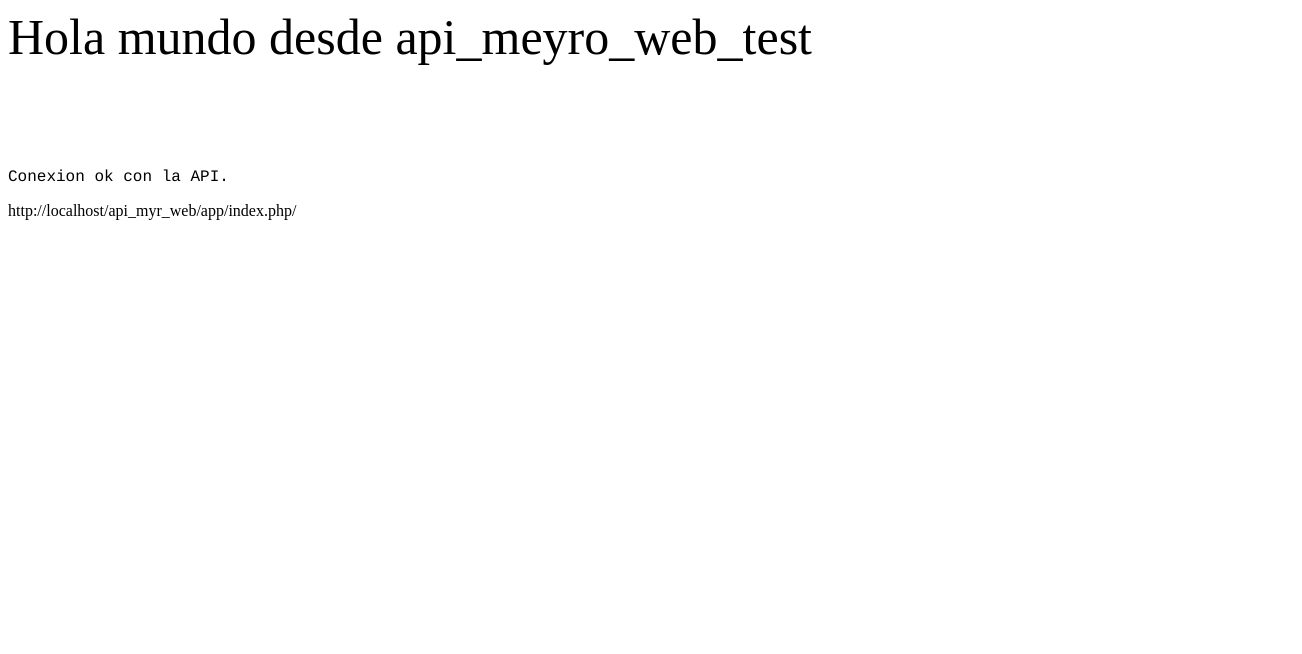
Repository: danieldebrito/api_myr_web
Page: http://localhost/app/index.php
The author's editor kept a copy of each file at every save. The page is drawn from the files as they stood at one save, then again after the next save.
The browser window is 1280 px wide. The page is 1280 px wide, then 1302 px, then 1280 px, so the pictures cover 1302 px, including what lies to the right of the window. The pictures show the whole page.
The page is run by PHP 8.4 with error messages shown; the project is at /var/www/html/.

Above is the page before, as saved 2020-03-30 17:00:04.

### app/index.php
<?php
use \Psr\Http\Message\ServerRequestInterface as Request;
use \Psr\Http\Message\ResponseInterface as Response;

require '../composer/vendor/autoload.php';
require './AccesoDatos.php';

///////////////////   MIDDLEWARE  ///////////
require_once './middleware/MWparaCORS.php';

/////////////////////////////   entities  /////////////////////////////////
//-----------------------------------------------------------------------//
require './entities/_articulos/articulo/articuloApi.php';
require './entities/_articulos/aplicacion/aplicacionApi.php';
require './entities/_articulos/art_mar_mod_mot/art_mar_mod_motApi.php';
require './entities/_articulos/producto/productoApi.php';
require './entities/_articulos/marca/marcaApi.php';
require './entities/_articulos/linea/lineaApi.php';
require './entities/_articulos/combustible/combustibleApi.php';
require './entities/_articulos/cards/cardsApi.php';

//------------------------------------------------------------------------//
require './entities/_clientes/cliente/clienteApi.php';
require './entities/_clientes/cliente_sucursal/cliente_sucursalApi.php';
require './entities/_clientes/expreso/expresoApi.php';
require './entities/_clientes/pedido/pedidoApi.php';
require './entities/_clientes/pedido_item/pedido_itemApi.php';
//-----------------------------------------------------------------------//
require './entities/usuario/userApi.php';
//-----------------------------------------------------------------------//


$config['displayErrorDetails'] = true;
$config['addContentLengthHeader'] = false;

$app = new \Slim\App(["settings" => $config]);

$app->get("/", function() {
  echo "
  <p style='font-size:50px;'>Hola mundo desde api_meyro_web_test</p>
  <br> <br>
  <p style='font-family:courier;'>Conexion ok con la API.</p>

  http://localhost/api_myr_web/app/index.php/
  ";
});

$app->group('/aplicaciones', function () {
  $this->get('/', \aplicacionApi::class . ':readAllApi');
  $this->get('/{id_aplicacion}', \aplicacionApi::class . ':readApi');
  $this->post('/', \aplicacionApi::class . ':createApi');
  $this->delete('/{id_aplicacion}[/]', \aplicacionApi::class . ':deleteApi');
  $this->post('/update', \aplicacionApi::class . ':updateApi');
});

$app->group('/articulos', function () {
  $this->get('/', \articuloApi::class . ':readAllApi');
  $this->get('/{id_articulo}', \articuloApi::class . ':readApi');
  $this->post('/', \articuloApi::class . ':createApi');
  $this->delete('/{id_articulo}[/]', \articuloApi::class . ':deleteApi');
  $this->post('/update', \articuloApi::class . ':updateApi');
});

$app->group('/art_mar_mod_mot', function () {
  $this->get('/', \art_mar_mod_motApi::class . ':readAllApi');
  $this->post('/filtrar[/]', \art_mar_mod_motApi::class . ':readParamsApi');
})->add(\MWparaCORS::class . ':HabilitarCORSTodos');

$app->group('/cards', function () {
  $this->get('/', \cardsApi::class . ':readAllApi');
  $this->post('/filtrar[/]', \cardsApi::class . ':readParamsApi');
})->add(\MWparaCORS::class . ':HabilitarCORSTodos');

$app->group('/user', function () {
  $this->get('/', \userApi::class . ':readAllApi');
  $this->get('/{id_user}', \userApi::class . ':readApi');
  $this->post('/', \userApi::class . ':createApi');
  $this->delete('/{id_user}[/]', \userApi::class . ':deleteApi');
  $this->post('/update', \userApi::class . ':updateApi');

  $this->post('/login[/]', \userApi::class . ':LoginUser');

  /* body + raw  +
    {
      "userName":"ddebrito",
      "pass":"1388"
    } */
});

$app->group('/clientes', function () {
  $this->get('/', \clienteApi::class . ':readAllApi');
  $this->get('/{id}', \clienteApi::class . ':readApi');
  $this->post('/', \clienteApi::class . ':createApi');
  $this->delete('/{id}[/]', \clienteApi::class . ':deleteApi');
  $this->post('/update', \clienteApi::class . ':updateApi');

  $this->post('/login[/]', \clienteApi::class . ':LoginCliente');

});

$app->group('/cliente_sucursales', function () {
  $this->get('/', \cliente_sucursalApi::class . ':readAllApi');
  $this->get('/{id}', \cliente_sucursalApi::class . ':readApi');
  $this->post('/', \cliente_sucursalApi::class . ':createApi');
  $this->delete('/{id}[/]', \cliente_sucursalApi::class . ':deleteApi');
  $this->post('/update', \cliente_sucursalApi::class . ':updateApi');

  $this->get('/sucursales/{id}', \cliente_sucursalApi::class . ':readAllClienteApi');
  $this->get('/byName/{name}', \cliente_sucursalApi::class . ':readByNameApi');

});

$app->group('/expresos', function () {
  $this->get('/', \expresoApi::class . ':readAllApi');
  $this->get('/{id}', \expresoApi::class . ':readApi');
  $this->post('/', \expresoApi::class . ':createApi');
  $this->delete('/{id}[/]', \expresoApi::class . ':deleteApi');
  $this->post('/update', \expresoApi::class . ':updateApi');

  $this->get('/byName/{name}', \expresoApi::class . ':readByNameApi');
  $this->get('/byCliente/{idCliente}', \expresoApi::class . ':readByClienteApi');

});

$app->group('/pedidos', function () {
  $this->get('/', \pedidoApi::class . ':readAllApi');
  $this->get('/{id}', \pedidoApi::class . ':readApi');
  $this->post('/', \pedidoApi::class . ':createApi');
  $this->delete('/{id}[/]', \pedidoApi::class . ':deleteApi');
  $this->post('/update', \pedidoApi::class . ':updateApi');
  $this->get('/cliente/{id}[/]', \pedidoApi::class . ':readAllClienteApi');
/*
  $this->get('/abierto/{id}[/]', \pedidoApi::class . ':traePedidoAbiertoApi');
  */
});

$app->group('/pedidos_item', function () {
  $this->get('/', \pedido_itemApi::class . ':readAllApi');
  $this->get('/{id}', \pedido_itemApi::class . ':readApi');
  $this->post('/', \pedido_itemApi::class . ':createApi');
  $this->delete('/{id}[/]', \pedido_itemApi::class . ':deleteApi');
  $this->post('/update', \pedido_itemApi::class . ':updateApi');

  $this->get('/cliente/{id}[/]', \pedido_itemApi::class . ':readAllClienteApi');
  $this->get('/clienteAbierto/{id}[/]', \pedido_itemApi::class . ':readAllClienteAbiertoApi');
  $this->post('/updateItems[/]', \pedido_itemApi::class . ':updateItemsApi');
  $this->post('/subtotal', \pedido_itemApi::class . ':subtotalApi');

});

$app->group('/productos', function () {
  $this->get('/', \productoApi::class . ':readAllApi');
  $this->get('/{id}', \productoApi::class . ':readApi');
  $this->post('/', \productoApi::class . ':createApi');
  $this->delete('/{id}[/]', \productoApi::class . ':deleteApi');
  $this->post('/update', \productoApi::class . ':updateApi');
});

$app->group('/marcas', function () {
  $this->get('/', \marcaApi::class . ':readAllApi');
  $this->get('/{id}', \marcaApi::class . ':readApi');
  $this->post('/', \marcaApi::class . ':createApi');
  $this->delete('/{id}[/]', \marcaApi::class . ':deleteApi');
  $this->post('/update', \marcaApi::class . ':updateApi');
});

$app->group('/lineas', function () {
  $this->get('/', \lineaApi::class . ':readAllApi');
  $this->get('/{id}', \lineaApi::class . ':readApi');
  $this->post('/', \lineaApi::class . ':createApi');
  $this->delete('/{id}[/]', \lineaApi::class . ':deleteApi');
  $this->post('/update', \lineaApi::class . ':updateApi');
});

$app->group('/combustibles', function () {
  $this->get('/', \combustibleApi::class . ':readAllApi');
  $this->get('/{id}', \combustibleApi::class . ':readApi');
  $this->post('/', \combustibleApi::class . ':createApi');
  $this->delete('/{id}[/]', \combustibleApi::class . ':deleteApi');
  $this->post('/update', \combustibleApi::class . ':updateApi');
});

$app->add(function ($req, $res, $next) {
  $response = $next($req, $res);
  return $response
  ->withHeader('Access-Control-Allow-Origin', 'http://localhost:4200')
  ->withHeader('Access-Control-Allow-Headers', 'X-Requested-With, Content-Type, Accept, Origin, Authorization')
    ->withHeader('Access-Control-Allow-Methods', 'GET, POST, PUT, DELETE, PATCH, OPTIONS');
});

$app->run();

/*

$app->add(function ($req, $res, $next) {
  $response = $next($req, $res);
  return $response
    ->withHeader('Access-Control-Allow-Origin', 'http://danieldebrito.com.ar')
    ->withHeader('Access-Control-Allow-Headers', 'X-Requested-With, Content-Type, Accept, Origin, Authorization')
    ->withHeader('Access-Control-Allow-Methods', 'GET, POST, PUT, DELETE, PATCH, OPTIONS');
});

*/

/*

$app->add(function ($req, $res, $next) {
  $response = $next($req, $res);
  return $response
  ->withHeader('Access-Control-Allow-Origin', 'http://localhost:4200')
  ->withHeader('Access-Control-Allow-Headers', 'X-Requested-With, Content-Type, Accept, Origin, Authorization')
    ->withHeader('Access-Control-Allow-Methods', 'GET, POST, PUT, DELETE, PATCH, OPTIONS');
});

*/

### app/AccesoDatos.php
<?php
class AccesoDatos
{
    private static $ObjetoAccesoDatos;
    private $objetoPDO;

    private function __construct()
    {
        try {
            // allytech
            // $this->objetoPDO = new PDO('mysql:host=localhost;dbname=meyro_sgc;charset=utf8', 'uv025572', '9BHMPHNirj', array(PDO::ATTR_EMULATE_PREPARES => false,PDO::ATTR_ERRMODE => PDO::ERRMODE_EXCEPTION));
            // $this->objetoPDO->exec("SET CHARACTER SET utf8");

            // local host
            $this->objetoPDO = new PDO('mysql:host=localhost;dbname=meyro_web;charset=utf8', 'root', '', array(PDO::ATTR_EMULATE_PREPARES => false,PDO::ATTR_ERRMODE => PDO::ERRMODE_EXCEPTION));
            $this->objetoPDO->exec("SET CHARACTER SET utf8");
            }
        catch (PDOException $e) {
            print "Error!: " . $e->getMessage();
            die();
        }
    }

    public function RetornarConsulta($sql)
    {
        return $this->objetoPDO->prepare($sql);
    }
     public function RetornarUltimoIdInsertado()
    {
        return $this->objetoPDO->lastInsertId();
    }

    public static function dameUnObjetoAcceso()
    {
        if (!isset(self::$ObjetoAccesoDatos)) {
            self::$ObjetoAccesoDatos = new AccesoDatos();
        }
        return self::$ObjetoAccesoDatos;
    }


     // Evita que el objeto se pueda clonar
    public function __clone()
    {
        trigger_error('La clonación de este objeto no está permitida', E_USER_ERROR);
    }
}
?>

### app/IApiCRUD.php
<?php

interface IApiCRUD{
	public function readAllApi($request, $response, $args);
	public function readApi($request, $response, $args);
   	public function CreateApi($request, $response, $args);
   	public function deleteApi($request, $response, $args);
   	public function updateApi($request, $response, $args);
}

### app/entities/_articulos/art_mar_mod_mot/art_mar_mod_motApi.php
<?php
require_once 'art_mar_mod_mot.php';
// require_once 'IApiCRUD.php';

class art_mar_mod_motApi extends art_mar_mod_mot
{
    public function readAllApi($request, $response, $args)
    {
        $all = art_mar_mod_mot::readAll();
        $newResponse = $response->withJson($all, 200);

        return $newResponse;
    }

    public function readParamsApi ($request, $response, $args) {

		$ArrayDeParametros = $request->getParsedBody();

		$id_linea=$ArrayDeParametros['id_linea'];
		$id_marca=$ArrayDeParametros['id_marca'];
        $id_combustible=$ArrayDeParametros['id_combustible'];
        $motor=$ArrayDeParametros['motor'];
        $modelo=$ArrayDeParametros['modelo'];
        $cilindrada=$ArrayDeParametros['cilindrada'];
        $competicion=$ArrayDeParametros['competicion'];
        $id_producto=$ArrayDeParametros['id_producto'];
        $id_aplicacion=$ArrayDeParametros['id_aplicacion'];

		$all=art_mar_mod_mot::readParams(
			$id_linea,
			$id_marca,
            $id_combustible,
            $motor,
            $modelo,
            $cilindrada,
            $competicion,
            $id_producto,
            $id_aplicacion
			);
		$newResponse = $response->withJson($all, 200);

		return $newResponse;
	}
}

### app/entities/_articulos/producto/productoApi.php
<?php
require_once 'producto.php';
require_once 'IApiCRUD.php';

class productoApi extends producto implements IApiCRUD {

	public function readAllApi($request, $response, $args) {
		$all=producto::readAll();
	   	$response = $response->withJson($all, 200);

		return $response;
	}

	public function readApi($request, $response, $args) {
		$id=$args['id'];
		$art=producto::read($id);
		$newResponse = $response->withJson($art, 200);

		return $newResponse;
	}

	public function CreateApi($request, $response, $args) {
		$ArrayDeParametros = $request->getParsedBody();

		$entity = new producto();

	  	$entity->id_producto = $ArrayDeParametros['id_producto'];
		$entity->producto = $ArrayDeParametros['producto'];

		$response = $entity->create();

	  	return $response;
	}

	public function updateApi($request, $response, $args)
    {
		$ArrayDeParametros = $request->getParsedBody();

		$entity = new producto();

	  	$entity->id_producto = $ArrayDeParametros['id_producto'];
		$entity->producto = $ArrayDeParametros['producto'];

		$resultado = $entity->update();

        $objDelaRespuesta = new stdclass();
		$objDelaRespuesta->resultado = $resultado;

        return $response->withJson($objDelaRespuesta, 200);
	}

	public function deleteApi($request, $response, $args){
        $id = $args["id"];
        $respuesta = producto::delete($id);
        $newResponse = $response->withJson($respuesta, 200);
        return $newResponse;
    }
}
?>

### app/entities/_articulos/marca/marcaApi.php
<?php
require_once 'marca.php';
require_once 'IApiCRUD.php';

class marcaApi extends marca implements IApiCRUD {

	public function readAllApi($request, $response, $args) {
		$all=marca::readAll();
	   	$response = $response->withJson($all, 200);

		return $response;
	}

	public function readApi($request, $response, $args) {
		$id=$args['id'];
		$art=marca::read($id);
		$newResponse = $response->withJson($art, 200);

		return $newResponse;
	}

	public function CreateApi($request, $response, $args) {
		$ArrayDeParametros = $request->getParsedBody();

		$entity = new marca();
		$entity->id_marca = $ArrayDeParametros['id_marca'];
		$entity->id_linea = $ArrayDeParametros['id_linea'];
		$entity->marca = $ArrayDeParametros['marca'];
		$entity->rotacion = $ArrayDeParametros['rotacion'];

		$response = $entity->create();

	  	return $response;
	}

	public function updateApi($request, $response, $args)
    {
		$ArrayDeParametros = $request->getParsedBody();

		$entity = new marca();
		$entity->id_marca = $ArrayDeParametros['id_marca'];
		$entity->id_linea = $ArrayDeParametros['id_linea'];
		$entity->marca = $ArrayDeParametros['marca'];
		$entity->rotacion = $ArrayDeParametros['rotacion'];

		$resultado = $entity->update();

        $objDelaRespuesta = new stdclass();
		$objDelaRespuesta->resultado = $resultado;

        return $response->withJson($objDelaRespuesta, 200);
	}

	public function deleteApi($request, $response, $args){
        $id = $args["id"];
		$respuesta = marca::delete($id);

        $newResponse = $response->withJson($respuesta, 200);
        return $newResponse;
    }
}
?>

### app/entities/_articulos/linea/lineaApi.php
<?php
require_once 'linea.php';
require_once 'IApiCRUD.php';

class lineaApi extends linea implements IApiCRUD {

	public function readAllApi($request, $response, $args) {
		$all=linea::readAll();
	   	$response = $response->withJson($all, 200);

		return $response;
	}

	public function readApi($request, $response, $args) {
		$id=$args['id'];
		$art=linea::read($id);
		$newResponse = $response->withJson($art, 200);

		return $newResponse;
	}

	public function CreateApi($request, $response, $args) {
		$ArrayDeParametros = $request->getParsedBody();

		$entity = new linea();
		$entity->id_linea = $ArrayDeParametros['id_linea'];
		$entity->linea = $ArrayDeParametros['linea'];

		$response = $entity->create();

	  	return $response;
	}

	public function updateApi($request, $response, $args)
    {
		$ArrayDeParametros = $request->getParsedBody();

		$entity = new linea();
		$entity->id_linea = $ArrayDeParametros['id_linea'];
		$entity->linea = $ArrayDeParametros['linea'];
		$resultado = $entity->update();

        $objDelaRespuesta = new stdclass();
		$objDelaRespuesta->resultado = $resultado;

        return $response->withJson($objDelaRespuesta, 200);
	}

	public function deleteApi($request, $response, $args){
        $id = $args["id"];
		$respuesta = linea::delete($id);

        $newResponse = $response->withJson($respuesta, 200);
        return $newResponse;
    }
}
?>

### app/entities/_articulos/combustible/combustibleApi.php
<?php
require_once 'combustible.php';
require_once 'IApiCRUD.php';

class combustibleApi extends combustible implements IApiCRUD {

	public function readAllApi($request, $response, $args) {
		$all=combustible::readAll();
	   	$response = $response->withJson($all, 200);

		return $response;
	}

	public function readApi($request, $response, $args) {
		$id=$args['id'];
		$art=combustible::read($id);
		$newResponse = $response->withJson($art, 200);

		return $newResponse;
	}

	public function CreateApi($request, $response, $args) {
		$ArrayDeParametros = $request->getParsedBody();

		$entity = new combustible();
		$entity->id_combustible = $ArrayDeParametros['id_combustible'];
		$entity->combustible = $ArrayDeParametros['combustible'];
		$response = $entity->create();

	  	return $response;
	}

	public function updateApi($request, $response, $args)
    {
		$ArrayDeParametros = $request->getParsedBody();

		$entity = new combustible();
		$entity->id_combustible = $ArrayDeParametros['id_combustible'];
		$entity->combustible = $ArrayDeParametros['combustible'];
		$resultado = $entity->update();

        $objDelaRespuesta = new stdclass();
		$objDelaRespuesta->resultado = $resultado;

        return $response->withJson($objDelaRespuesta, 200);
	}

	public function deleteApi($request, $response, $args){
        $id = $args["id"];
		$respuesta = combustible::delete($id);

        $newResponse = $response->withJson($respuesta, 200);
        return $newResponse;
    }
}
?>

### app/entities/_articulos/cards/cardsApi.php
<?php
require_once 'cards.php';
// require_once 'IApiCRUD.php';

class cardsApi extends cards
{
    public function readAllApi($request, $response, $args)
    {
        $all = cards::readAll();
        $newResponse = $response->withJson($all, 200);

        return $newResponse;
    }

    public function readParamsApi ($request, $response, $args) {

		$ArrayDeParametros = $request->getParsedBody();

		$id_linea=$ArrayDeParametros['linea'];
		$id_marca=$ArrayDeParametros['marca'];
        $id_combustible=$ArrayDeParametros['combustible'];
        $motor=$ArrayDeParametros['motor'];
        $modelo=$ArrayDeParametros['modelo'];
        $cilindrada=$ArrayDeParametros['cilindrada'];
        $competicion=$ArrayDeParametros['competicion'];
        $id_producto=$ArrayDeParametros['producto'];
        $id_aplicacion=$ArrayDeParametros['aplicacion'];

		$all=cards::readParams(
			$id_linea,
			$id_marca,
            $id_combustible,
            $motor,
            $modelo,
            $cilindrada,
            $competicion,
            $id_producto,
            $id_aplicacion
			);
		$newResponse = $response->withJson($all, 200);

		return $newResponse;
	}
}

Loaded but not shown: app/entities/_articulos/articulo/articulo.php (208 lines, source omitted); app/entities/_clientes/pedido_item/pedido_item.php (181 lines, source omitted); app/entities/_clientes/cliente_sucursal/cliente_sucursal.php (171 lines, source omitted); app/entities/_clientes/pedido/pedido.php (154 lines, source omitted); app/entities/_clientes/cliente/cliente.php (156 lines, source omitted); app/entities/usuario/user.php (146 lines, source omitted); app/entities/_clientes/expreso/expreso.php (136 lines, source omitted); app/entities/_articulos/articulo/articuloApi.php (94 lines, source omitted); app/entities/_articulos/aplicacion/aplicacion.php (112 lines, source omitted); app/entities/_articulos/marca/marca.php (102 lines, source omitted); app/middleware/MWparaCORS.php (84 lines, source omitted); app/entities/_clientes/pedido_item/pedido_itemApi.php (104 lines, source omitted); app/entities/_clientes/cliente/clienteApi.php (89 lines, source omitted); app/entities/_articulos/combustible/combustible.php (94 lines, source omitted); app/entities/_articulos/producto/producto.php (95 lines, source omitted); app/entities/_articulos/linea/linea.php (94 lines, source omitted); app/entities/_clientes/cliente_sucursal/cliente_sucursalApi.php (90 lines, source omitted); app/entities/usuario/userApi.php (80 lines, source omitted); app/entities/_clientes/pedido/pedidoApi.php (90 lines, source omitted); app/entities/_articulos/art_mar_mod_mot/art_mar_mod_mot.php (73 lines, source omitted); app/entities/_articulos/cards/cards.php (70 lines, source omitted); app/entities/_clientes/expreso/expresoApi.php (76 lines, source omitted); app/entities/_articulos/aplicacion/aplicacionApi.php (62 lines, source omitted)

After the next save:
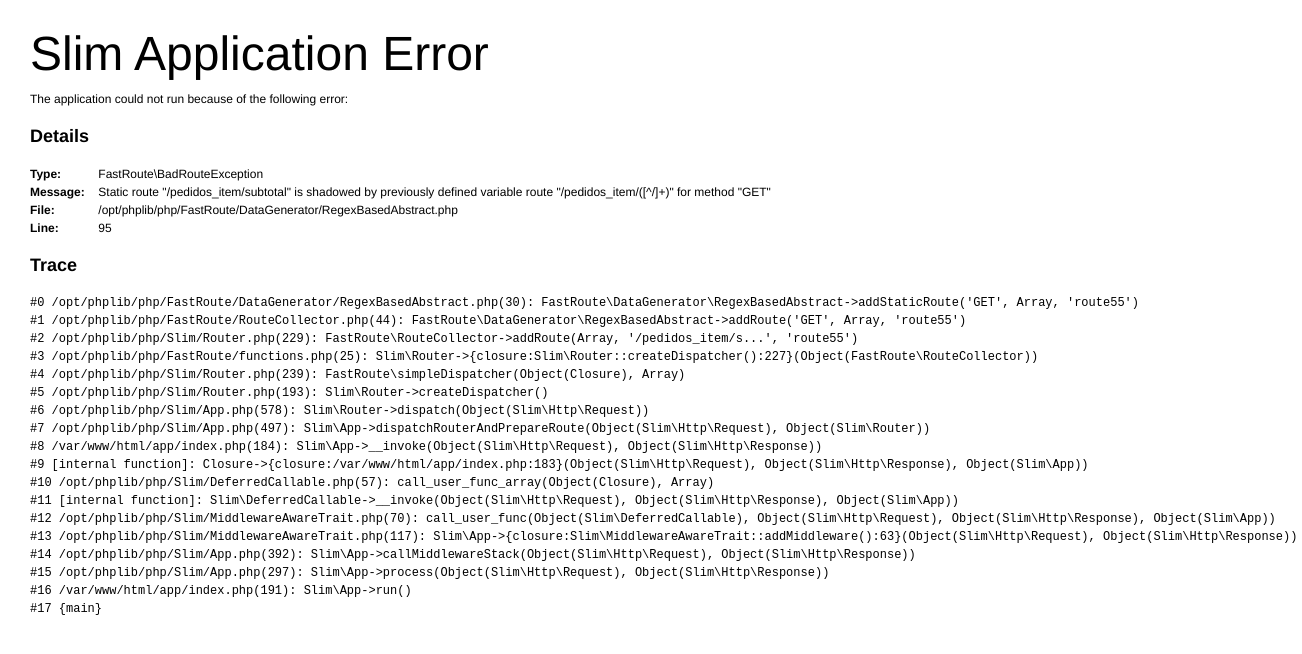
Saved 7 min 40 s later.
--- a/app/index.php
+++ b/app/index.php
@@ -144,7 +144,7 @@
   $this->get('/cliente/{id}[/]', \pedido_itemApi::class . ':readAllClienteApi');
   $this->get('/clienteAbierto/{id}[/]', \pedido_itemApi::class . ':readAllClienteAbiertoApi');
   $this->post('/updateItems[/]', \pedido_itemApi::class . ':updateItemsApi');
-  $this->post('/subtotal', \pedido_itemApi::class . ':subtotalApi');
+  $this->get('/subtotal', \pedido_itemApi::class . ':subtotalApi');
 
 });
 

After the save that followed:
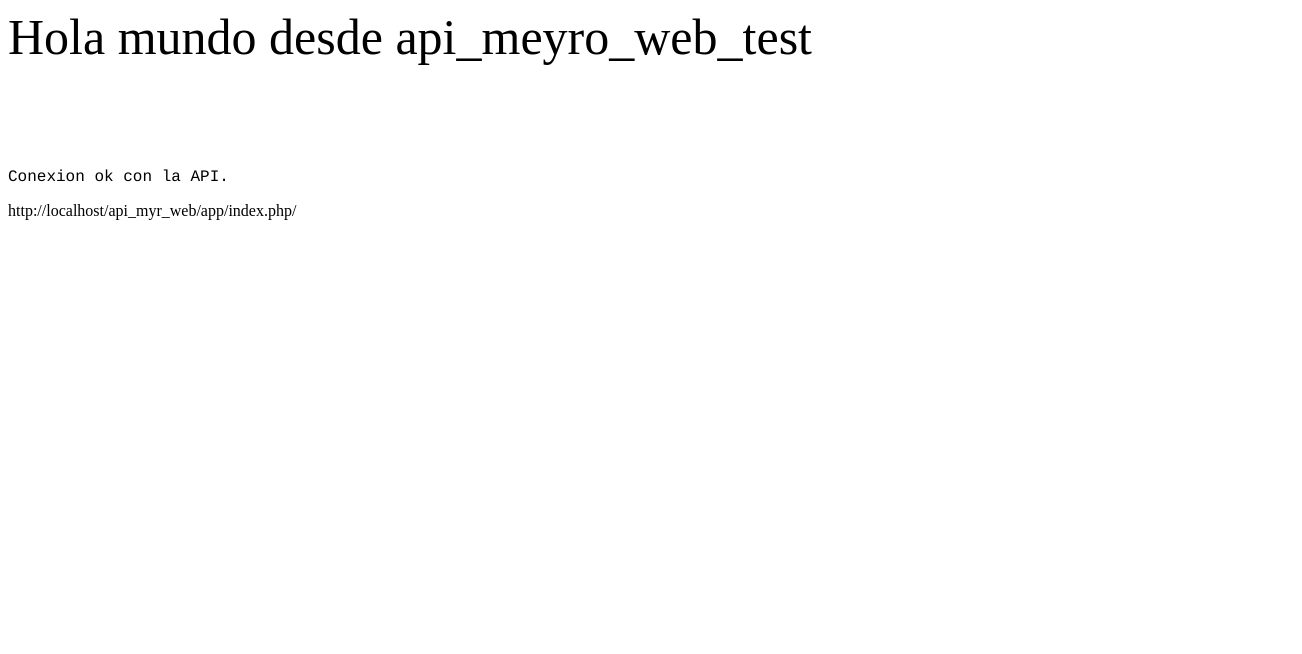
Saved 7 min 27 s later.
--- a/app/index.php
+++ b/app/index.php
@@ -144,7 +144,7 @@
   $this->get('/cliente/{id}[/]', \pedido_itemApi::class . ':readAllClienteApi');
   $this->get('/clienteAbierto/{id}[/]', \pedido_itemApi::class . ':readAllClienteAbiertoApi');
   $this->post('/updateItems[/]', \pedido_itemApi::class . ':updateItemsApi');
-  $this->get('/subtotal', \pedido_itemApi::class . ':subtotalApi');
+  $this->post('/subtotal', \pedido_itemApi::class . ':subtotalApi');
 
 });
 
